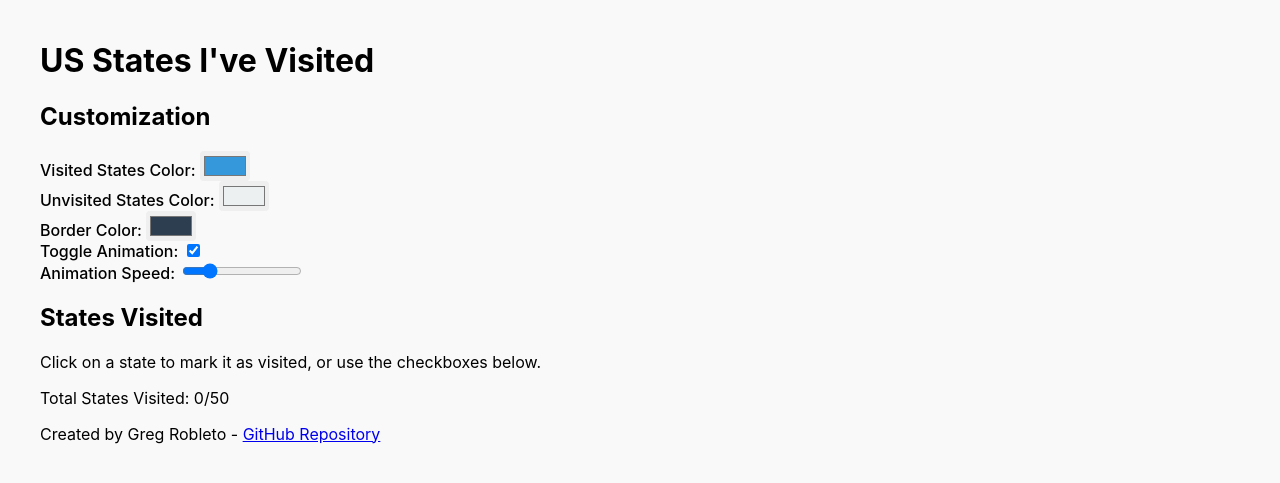
Repository: robleto/us-states-visited-map
Page: index.html
These files come from the project's save history. The page is drawn as it stood at one moment and after the next save; the edit follows.
The browser window is 1280 px wide. The pictures show the whole page.

Above is the page before, as saved 2025-03-06 09:40:32.
Not found: script.js

### index.html
<!DOCTYPE html>
<html lang="en">
<head>
    <meta charset="UTF-8">
    <meta name="viewport" content="width=device-width, initial-scale=1.0">
    <title>US States Visited Map</title>
    <link rel="stylesheet" href="styles.css">
</head>
<body>
    <div class="container">
        <h1>US States I've Visited</h1>

        <div class="map-container" id="map-container">
            <!-- SVG map will be loaded here from us-map.svg -->
        </div>

        <div class="controls">
            <div class="control-section">
                <h2>Customization</h2>

                <div class="control-group">
                    <label for="visitedColor">Visited States Color:</label>
                    <input type="color" id="visitedColor" value="#3498db">
                </div>

                <div class="control-group">
                    <label for="unvisitedColor">Unvisited States Color:</label>
                    <input type="color" id="unvisitedColor" value="#ecf0f1">
                </div>

                <div class="control-group">
                    <label for="borderColor">Border Color:</label>
                    <input type="color" id="borderColor" value="#2c3e50">
                </div>

                <div class="control-group">
                    <label for="animationToggle">Toggle Animation:</label>
                    <input type="checkbox" id="animationToggle" checked>
                </div>

                <div class="control-group">
                    <label for="animationSpeed">Animation Speed:</label>
                    <input type="range" id="animationSpeed" min="0.5" max="3" step="0.1" value="1">
                </div>
            </div>

            <div class="control-section">
                <h2>States Visited</h2>
                <div id="statesSelector">
                    <!-- State checkboxes will be generated by JavaScript -->
                </div>
            </div>
        </div>

        <div class="info">
            <p>Click on a state to mark it as visited, or use the checkboxes below.</p>
            <p>Total States Visited: <span id="visitedCount">0</span>/50</p>
        </div>

        <footer>
            <p>Created by Greg Robleto - <a href="https://github.com/robleot/us-states-visited-map" target="_blank">GitHub Repository</a></p>
        </footer>
    </div>

    <script src="script.js"></script>
</body>
</html>

### styles.css
/* Main container styles */
body {
  font-family: -apple-system, BlinkMacSystemFont, 'Segoe UI', Roboto, Oxygen, Ubuntu, Cantarell, 'Open Sans', 'Helvetica Neue', sans-serif;
  max-width: 1200px;
  margin: 0 auto;
  padding: 20px;
  background-color: #f9f9f9;
}

.us-map-container {
  position: relative;
  width: 100%;
  max-width: 1000px;
  margin: 0 auto;
  border: 1px solid #eaeaea;
  border-radius: 8px;
  background-color: white;
  box-shadow: 0 2px 10px rgba(0, 0, 0, 0.05);
  overflow: hidden;
}

#us-map {
  width: 100%;
  height: auto;
  display: block;
}

#us-map path {
  stroke: #ffffff;
  stroke-width: 0.5;
  transition: fill 0.3s ease;
}

#us-map path:hover {
  cursor: pointer;
  stroke-width: 1;
  stroke: #333;
}

.date-display {
  position: absolute;
  right: 27%;
  bottom: 10%;
  font-size: 2rem;
  font-weight: 600;
  color: #333;
  background-color: rgba(255, 255, 255, 0.7);
  padding: 5px 15px;
  border-radius: 4px;
  box-shadow: 0 1px 3px rgba(0, 0, 0, 0.1);
}

/* Controls */
.options {
  margin-top: 20px;
  display: flex;
  flex-wrap: wrap;
  gap: 20px;
  padding: 15px;
  background-color: white;
  border-radius: 8px;
  box-shadow: 0 2px 10px rgba(0, 0, 0, 0.05);
}

button {
  padding: 8px 16px;
  background-color: #3E7075;
  color: white;
  border: none;
  border-radius: 4px;
  cursor: pointer;
  font-weight: 500;
  transition: background-color 0.2s;
}

button:hover {
  background-color: #305b5f;
}

.color-picker, .speed-control {
  display: flex;
  align-items: center;
  gap: 10px;
}

label {
  font-weight: 500;
}

input[type="color"] {
  border: none;
  border-radius: 4px;
  height: 30px;
  width: 50px;
  cursor: pointer;
}

input[type="range"] {
  width: 120px;
}

@media (max-width: 768px) {
  .date-display {
    font-size: 1.5rem;
    right: 20%;
  }

  .options {
    flex-direction: column;
    gap: 15px;
  }
}

After the next save:
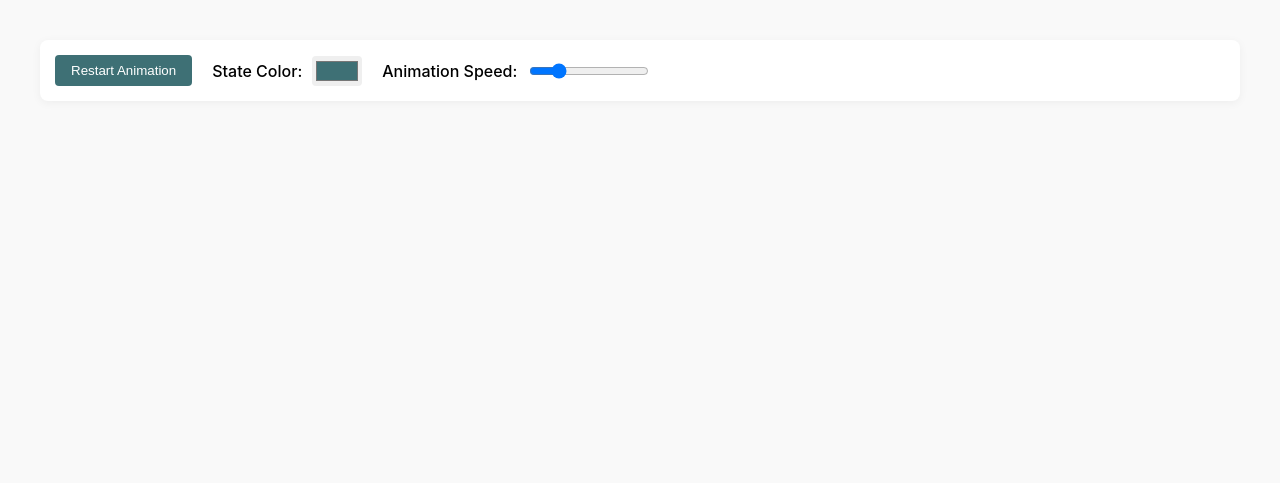
Saved 22 s later.
--- a/index.html
+++ b/index.html
@@ -7,61 +7,20 @@
     <link rel="stylesheet" href="styles.css">
 </head>
 <body>
-    <div class="container">
-        <h1>US States I've Visited</h1>
-
-        <div class="map-container" id="map-container">
-            <!-- SVG map will be loaded here from us-map.svg -->
-        </div>
-
-        <div class="controls">
-            <div class="control-section">
-                <h2>Customization</h2>
-
-                <div class="control-group">
-                    <label for="visitedColor">Visited States Color:</label>
-                    <input type="color" id="visitedColor" value="#3498db">
-                </div>
-
-                <div class="control-group">
-                    <label for="unvisitedColor">Unvisited States Color:</label>
-                    <input type="color" id="unvisitedColor" value="#ecf0f1">
-                </div>
-
-                <div class="control-group">
-                    <label for="borderColor">Border Color:</label>
-                    <input type="color" id="borderColor" value="#2c3e50">
-                </div>
-
-                <div class="control-group">
-                    <label for="animationToggle">Toggle Animation:</label>
-                    <input type="checkbox" id="animationToggle" checked>
-                </div>
-
-                <div class="control-group">
-                    <label for="animationSpeed">Animation Speed:</label>
-                    <input type="range" id="animationSpeed" min="0.5" max="3" step="0.1" value="1">
-                </div>
-            </div>
-
-            <div class="control-section">
-                <h2>States Visited</h2>
-                <div id="statesSelector">
-                    <!-- State checkboxes will be generated by JavaScript -->
-                </div>
-            </div>
-        </div>
-
-        <div class="info">
-            <p>Click on a state to mark it as visited, or use the checkboxes below.</p>
-            <p>Total States Visited: <span id="visitedCount">0</span>/50</p>
-        </div>
-
-        <footer>
-            <p>Created by Greg Robleto - <a href="https://github.com/robleot/us-states-visited-map" target="_blank">GitHub Repository</a></p>
-        </footer>
-    </div>
-
+   <div id="map-container">
+  <!-- The map will be rendered here -->
+</div>
+<div class="options">
+  <button id="restartAnimation">Restart Animation</button>
+  <div class="color-picker">
+    <label for="stateColor">State Color:</label>
+    <input type="color" id="stateColor" value="#3E7075">
+  </div>
+  <div class="speed-control">
+    <label for="animationSpeed">Animation Speed:</label>
+    <input type="range" id="animationSpeed" min="0.1" max="2" step="0.1" value="0.5">
+  </div>
+</div>
     <script src="script.js"></script>
 </body>
 </html>
